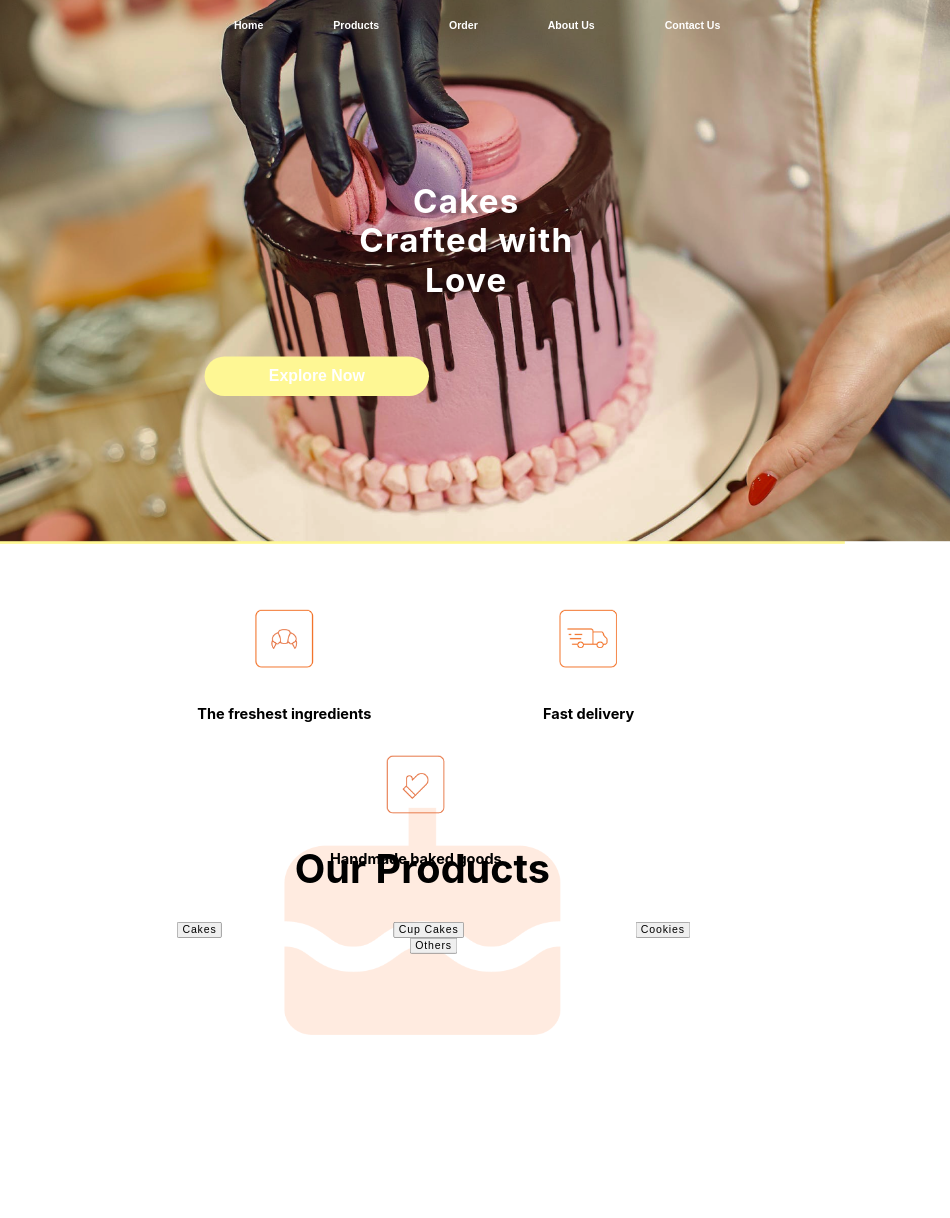
Repository: MEROO1010/cake-box
Page: /
The author's editor kept a copy of each file at every save. The page is drawn from the files as they stood at one save, then again after a run of saves.
The browser window is 1280 px wide. The page is 1440 px wide, so the pictures cover 1440 px, including what lies to the right of the window. The pictures show the whole page, at 66% of full size.
The project was rebuilt for these pictures with package versions that can differ from the ones it lists, and the page was loaded fresh each time.

Above is the page before, as saved 2023-11-09 13:03:50.

### src/App.js
import './App.css';
import HomePage from './components/HomePage';
import Products from './components/Products';

function App() {
  return (
    <div className="App">
      <HomePage/>
      <Products/>
    </div>
  );
}

export default App;

### src/components/HomePage.jsx
import React from 'react';
import homePageImage from '../images/HomePage.png';
import logo from '../images/cake box.png'
import styled from 'styled-components';

const HomePage = () => {
  return (
    <Container>
      <IMAGE>
        <img src={homePageImage} alt='Home Page' />
      </IMAGE>

      {/*add the logo*/}
      <LOGO>
        <img src={logo} alt="logo design" />
      </LOGO>

      {/*Add the header*/}
      <ListWrapper>
      <ul>
        <ListItem>
          <ListLink href="#">Home</ListLink>
        </ListItem>
        <ListItem>
          <ListLink href="#">Products</ListLink>
        </ListItem>
        <ListItem>
          <ListLink href="#">Order</ListLink>
        </ListItem>
        <ListItem>
          <ListLink href="#">About Us</ListLink>
        </ListItem>
        <ListItem>
          <ListLink href="#">Contact Us</ListLink>
        </ListItem>
      </ul>
    </ListWrapper>


      {/*Add the h1*/}
      <MainTitle>
      <div>
        <h1>Cakes Crafted with Love</h1>
      </div>
      </MainTitle>

      {/*Add the Button*/}
      <ExploreNow>
        <button>Explore Now</button>
      </ExploreNow>
    </Container>
  );
};

export default HomePage;

const Container = styled.div`
`

const IMAGE = styled.div`
 max-width:100%;
 width: 100%;
 height: 100%;
 background-size: cover;
 background-position: center;
 background-repeat: no-repeat;
 background-color:#FEF794;
`

const LOGO = styled.div `
   position: absolute;
  top: 16px;
  right: 860px;
  padding-left:40px;
  width: 1015px;
  height: 519px;
  object-fit: cover;
`

const ListWrapper = styled.div`
  font-family: Arial, sans-serif;
  font-weight: bold;
  margin: 0;
  padding: 0;
  position: absolute;
  top: 0;
  left: 0;
  width: 100%;
`;

const ListItem = styled.li`
  list-style: none;
  display: inline-block;
  margin-right: 80px;
  padding-left:6px;
  top:14px;
  left:100px;
  position: relative;
`;

const ListLink = styled.a`
  text-decoration: none;
  color: #fff;
  padding: 5px 10px;


  &:hover {
    color: #FEF794;
  }
`;

const MainTitle = styled.div `
position: absolute;
  top: 240px;
  left: 533px;
  font-size: 25px;
  letter-spacing: 0.08em;
  font-weight: 800;
  color: #fff;
  display: inline-block;
  width: 347px;
  text-shadow: 9px 4px 4px rgba(0, 0, 0, 0.25);

`

const ExploreNow = styled.div`
  button{
    position: absolute;
    margin:500px 620px ;
    top:40px;
    right:10px;
    color:black;
    width:340px;
    height:60px;
    border-radius:40px;
    background-color:#FEF794;
    border:none;
    font-size:24px;
    font-weight:bold;
    color:white;
    cursor: pointer;
  }
`;

### src/components/Products.jsx
import React from 'react'
import styled from 'styled-components';
import CAKEVECTOR from '../images/cake_vector.png'
import CROISSANT from '../images/croissant.png'
import CAR from '../images/car.png'
import GLAVES from '../images/glaves.png'



const Products = () => {
  return (
    <Container>
      <CakeVector>
         <img src={CAKEVECTOR} alt=''/>
         <h1>Our Products</h1>
      </CakeVector>

      <FirstList>
        <ul>
            <li>
                <img src={CROISSANT} alt=''/>
                <h6>The freshest ingredients</h6>
            </li>

            <li>
                <img src={CAR} alt=''/>
                <h6>Fast delivery</h6>
            </li>

            <li>
                <img src={GLAVES} alt=''/>
                <h6>Handmade baked goods</h6>
            </li>
        </ul>
      </FirstList>

      <SecondList>
          <ul>
            <li><button>Cakes</button></li>
            <li><button>Cup Cakes</button></li>
            <li><button>Cookies</button></li>
            <li><button>Others</button></li>
          </ul>
      </SecondList>
    </Container>
  )
}

export default Products;


const Container = styled.div`
`

const CakeVector = styled.div`
  img{
    position: relative;
    top: 400px;
  }

  h1{
    position: relative;
    font-size:60px;
    top:68px;
  }

`

const FirstList = styled.div `
  li{
    position:relative;
    list-style: none;
  display: inline-block;
  margin-left:60px;
  padding-left:200px;
  right:160px;
  bottom:400px;
  }

  h6{
    font-size:22px;
  }
`

const SecondList =styled.div `
  li{
    position:relative;
    list-style: none;
  display: inline-block;
  margin-left:60px;
  padding-left:200px;
  right:160px;
  bottom:400px;
  }

  button{
    position: relative;
  top: 16px;
  left: 27px;
  font-size: var(--buttons-chips-text-size);
  letter-spacing: 0.08em;
  font-weight: 500;
  color: var(--brand-colours-main);
  }
`

Loaded but not shown: public/index.html (common file); src/index.js (common file); src/index.css (common file); src/App.css (common file)

After the next 2 saves:
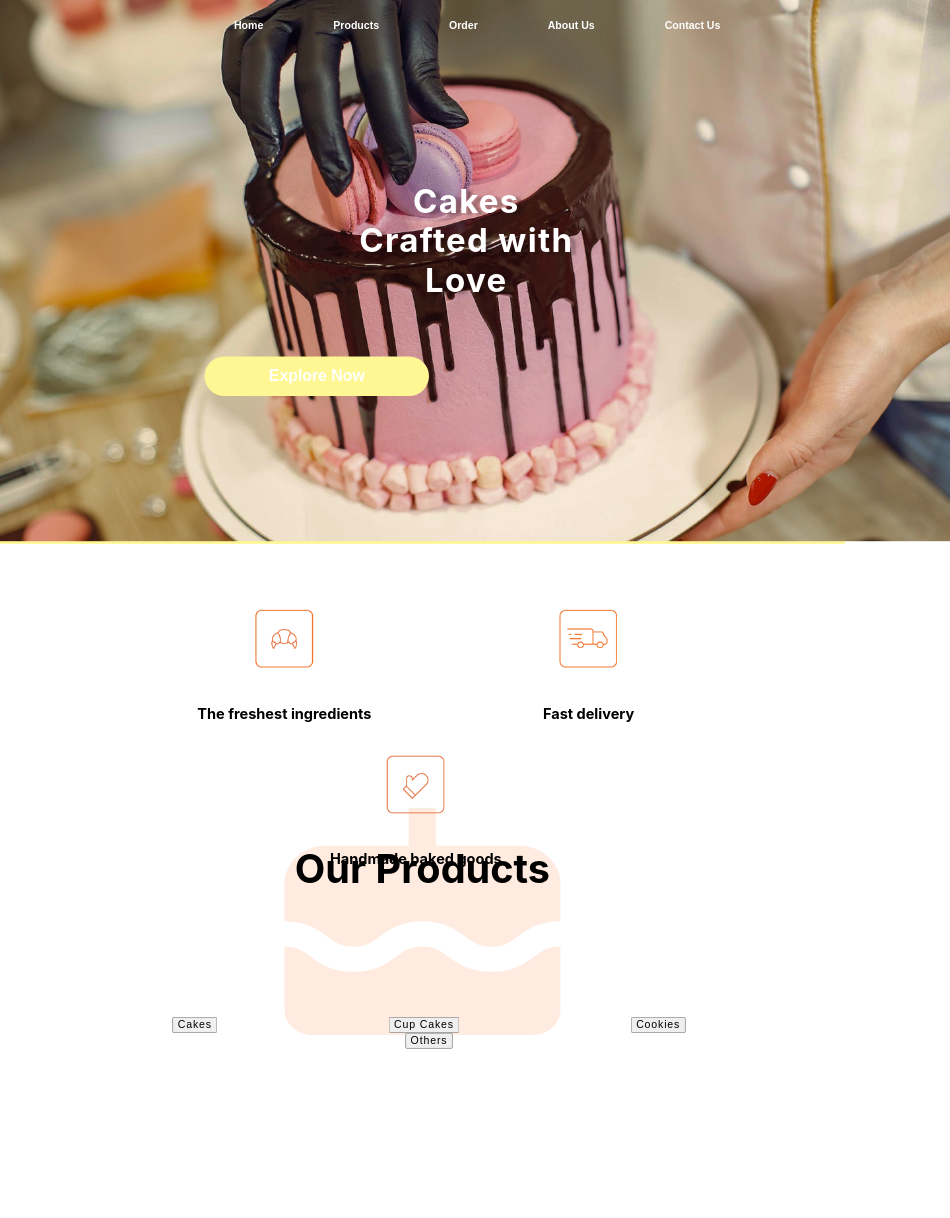
The 2 saves are shown as one change because they came seconds apart.
The last was saved 11 s later.
--- a/src/components/Products.jsx
+++ b/src/components/Products.jsx
@@ -95,8 +95,8 @@
 
   button{
     position: relative;
-  top: 16px;
-  left: 27px;
+  top: 160px;
+  left: 20px;
   font-size: var(--buttons-chips-text-size);
   letter-spacing: 0.08em;
   font-weight: 500;
